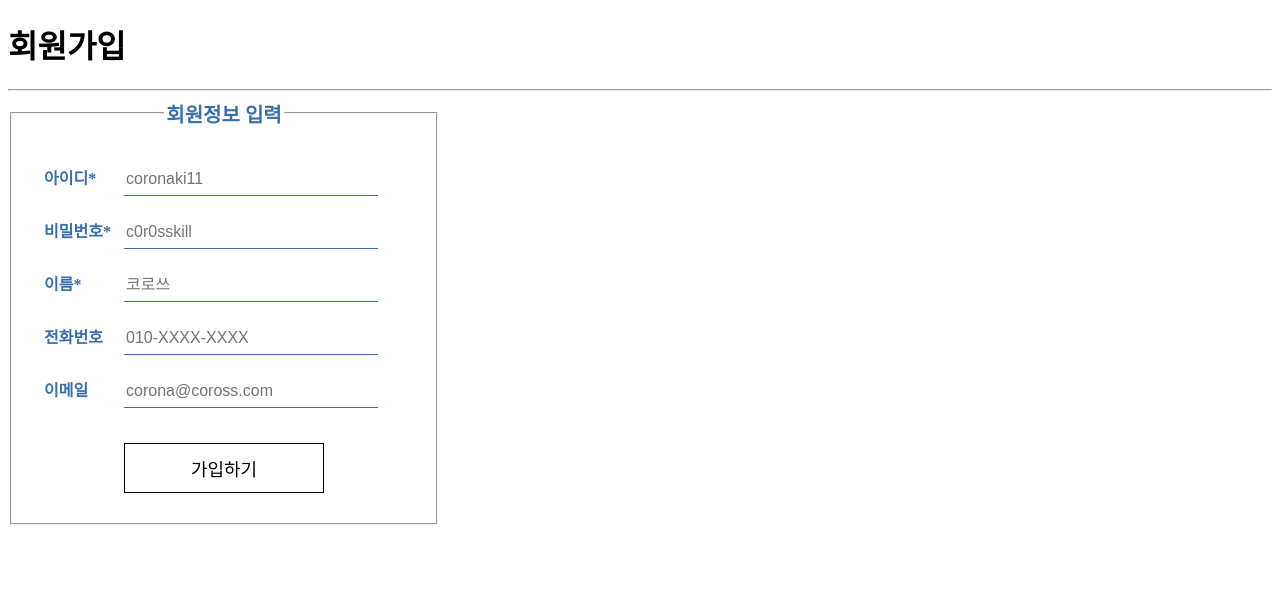
Repository: bbookk1104/spring-workspace
Page: http://localhost/practice_CRUD/joinFrm.do
The author's editor kept a copy of each file at every save. The page is drawn from the files as they stood at one save, then again after the next save.
The browser window is 1280 px wide. The pictures show the whole page.
The page is served by Tomcat 9. Other server files are loaded and not shown.

Above is the page before, as saved 2022-09-30 10:13:05.

### practice_CRUD/src/main/webapp/WEB-INF/views/member/joinFrm.jsp
<%@ page language="java" contentType="text/html; charset=UTF-8"
    pageEncoding="UTF-8"%>
<!DOCTYPE html>
<html>
<head>
<meta charset="UTF-8">
<title>회원가입</title>
<style>
	ul{
		margin: 20px;
		padding: 0;
	}
	li{
		list-style-type: none;
	}
	input[type=text], input[type=password]{
		width: 250px;
		height: 30px;
		margin: 10px 0px 10px 0px;
		border: 0;
		border-bottom: 1px solid #396EB0;
		font-size: 16px;
	}
	input:focus{
		outline: 0;
		color: #396EB0;
		font-weight: bold;
	}
	input[type=submit]{
		margin-top: 25px;
		width:200px;
		height:50px;
		border: 1px solid #000;
		background-color: #fff;
		font-size: 18px;
	}
	input[type=submit]:hover{
		cursor: pointer;
		border-color: #396EB0;
		background-color: #396EB0;
		color: #fff;
		font-weight: bold;
		transition: 0.5s;
	}
	label{
		display: inline-block;
		width: 80px;
		height: 30px;
		color: #396EB0;
		font-weight: 900;
	}
	fieldset{
		width: 400px;
	}
	legend{
		color: #396EB0;
		font-weight: 900;
		font-size: 20px;
		text-align: center;
	}
</style>
</head>
<body>
	<h1>회원가입</h1>
	<hr>
	<form action="/insertMember.do" method="post">
		<fieldset>
			<legend>회원정보 입력</legend>
			<ul>
				<li><label for="id">아이디*</label><input type="text" name="memberId" id="id" placeholder="coronaki11" autocomplete="off" required></li>
				<li><label for="pw">비밀번호*</label><input type="password" name="memberPw" id="pw" placeholder="c0r0sskill" autocomplete="off" required></li>
				<li><label for="name">이름*</label><input type="text" name="memberName" id="name" placeholder="코로쓰" autocomplete="off" required></li>
				<li><label for="phone">전화번호</label><input type="text" name="phone" id="phone" placeholder="010-XXXX-XXXX" autocomplete="off"></li>
				<li><label for="email">이메일</label><input type="text" name="email" id="email" placeholder="corona@coross.com" autocomplete="off"></li>
				<li style="text-align: center;"><input type="submit" value="가입하기"></li>
			</ul>
		</fieldset>
	</form>
</body>
</html>

After the next save:
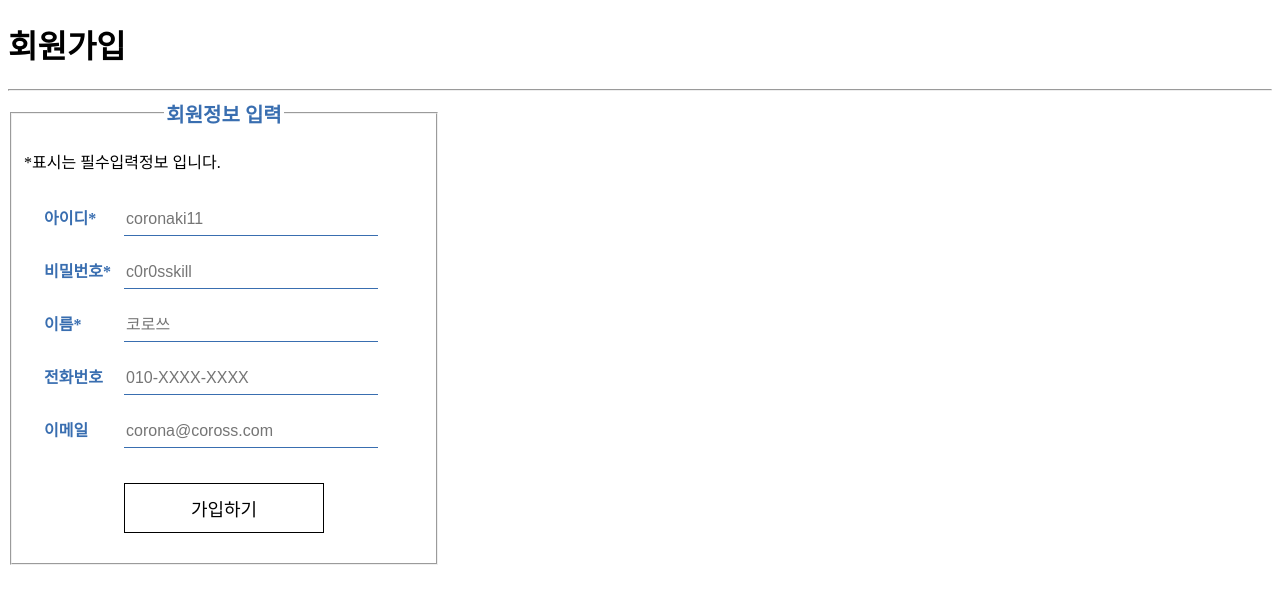
Saved 48 s later.
--- a/practice_CRUD/src/main/webapp/WEB-INF/views/member/joinFrm.jsp
+++ b/practice_CRUD/src/main/webapp/WEB-INF/views/member/joinFrm.jsp
@@ -66,6 +66,7 @@
 	<form action="/insertMember.do" method="post">
 		<fieldset>
 			<legend>회원정보 입력</legend>
+			<p>*표시는 필수입력정보 입니다.</p>
 			<ul>
 				<li><label for="id">아이디*</label><input type="text" name="memberId" id="id" placeholder="coronaki11" autocomplete="off" required></li>
 				<li><label for="pw">비밀번호*</label><input type="password" name="memberPw" id="pw" placeholder="c0r0sskill" autocomplete="off" required></li>
